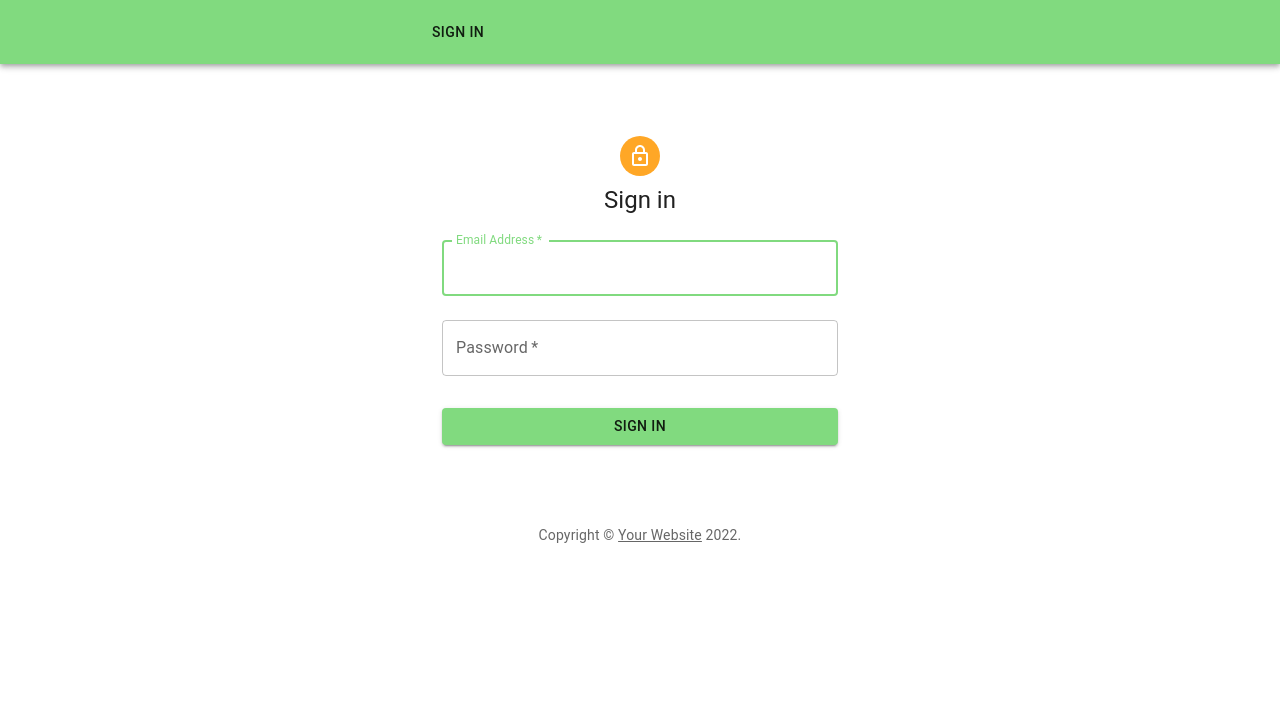
Repository: motohiro0410/motsufood
Page: /signin (app in frontend/)
The author's editor kept a copy of each file at every save. The page is drawn from the files as they stood at one save, then again after the next save.
The browser window is 1280 px wide. The pictures show the whole page.
The project was rebuilt for these pictures with package versions that can differ from the ones it lists, and the page was loaded fresh each time. Also part of the build but not shown: frontend/src/App.css, frontend/src/components/pages/Login.tsx, frontend/src/components/organisms/Footer.tsx, frontend/src/components/organisms/MainHeader.tsx, frontend/src/components/organisms/UserDetailModal.tsx, frontend/src/components/pages/Home.tsx, frontend/src/components/pages/Money.tsx, frontend/src/components/organisms/GroupHeader.tsx and 3 more.

Above is the page before, as saved 2022-08-10 23:00:26.

After the next save:
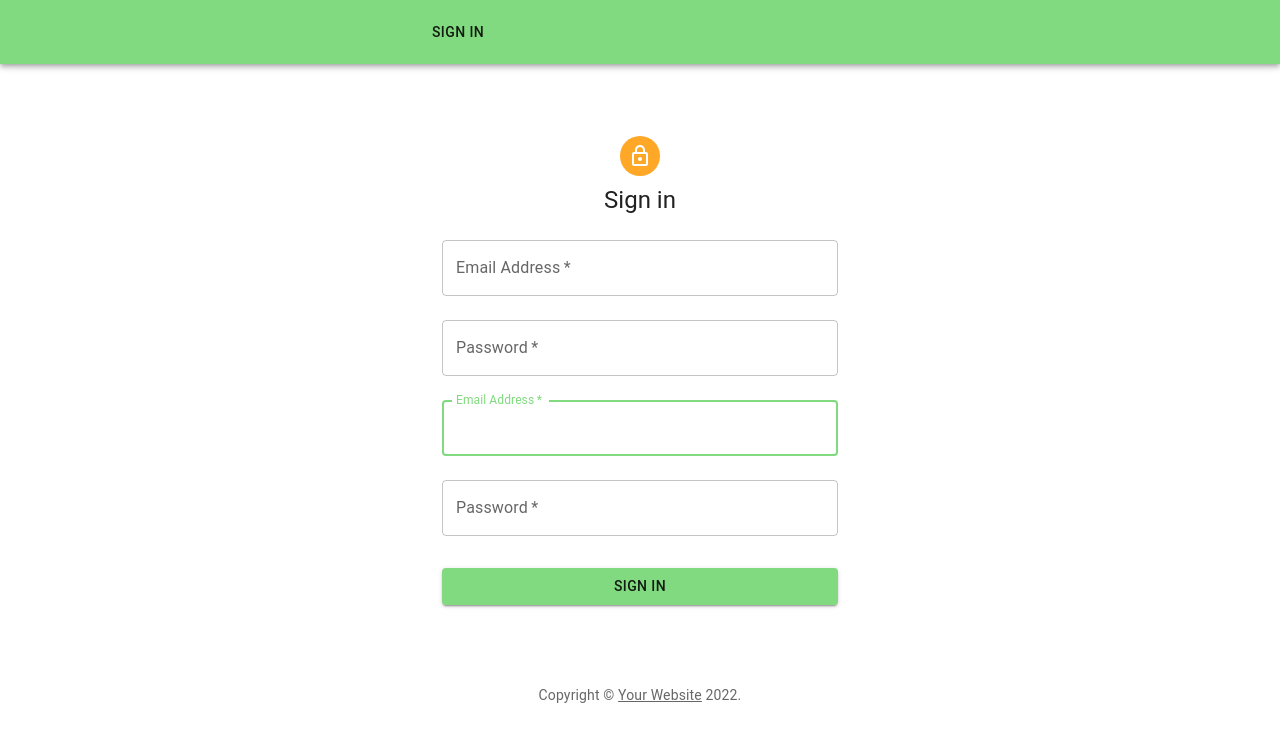
Saved 25 s later.
--- a/frontend/src/components/pages/SignIn.tsx
+++ b/frontend/src/components/pages/SignIn.tsx
@@ -80,6 +80,26 @@ export const SignIn = () => {
                 id="password"
                 autoComplete="current-password"
               />
+                <TextField
+                margin="normal"
+                required
+                fullWidth
+                id="email"
+                label="Email Address"
+                name="email"
+                autoComplete="email"
+                autoFocus
+              />
+              <TextField
+                margin="normal"
+                required
+                fullWidth
+                name="password"
+                label="Password"
+                type="password"
+                id="password"
+                autoComplete="current-password"
+              />
               <Button
                 type="submit"
                 fullWidth
